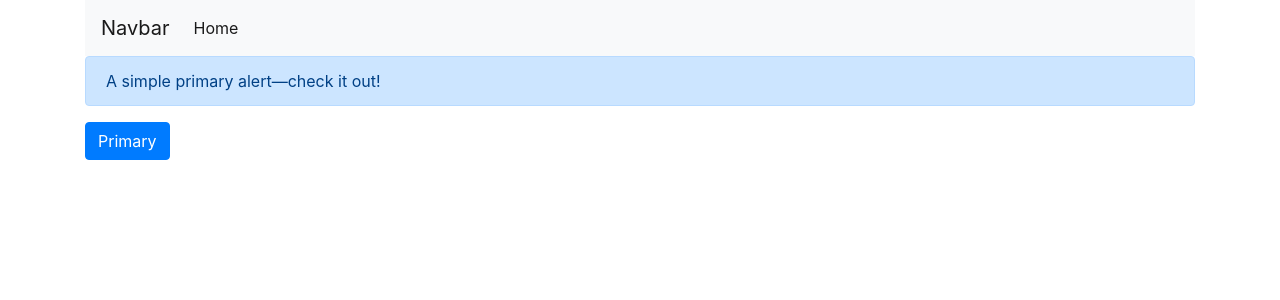
Repository: woodyalan/bootstrap-4
Page: componentes.html
An editor plug-in stored every save of this project. The page is shown before and after the next save, followed by the edit.
The browser window is 1280 px wide. The pictures show the whole page.

Above is the page before, as saved 2020-09-08 22:48:37.

After the next save:
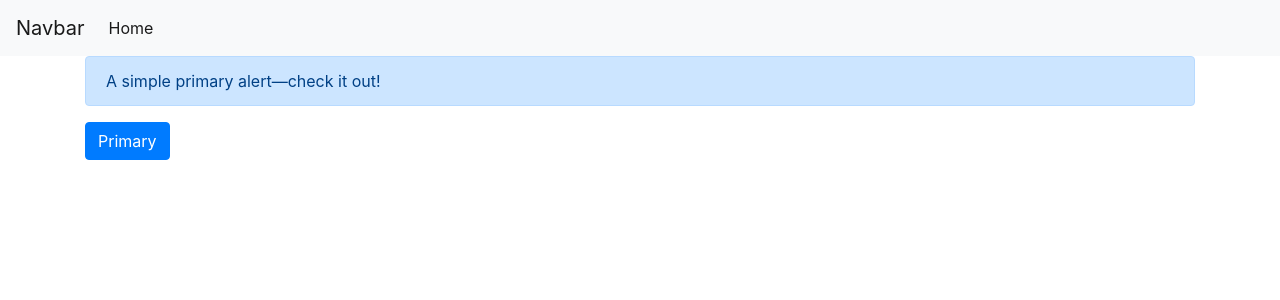
Saved 14 s later.
--- a/componentes.html
+++ b/componentes.html
@@ -10,29 +10,29 @@
     <title>OlA Bootstrap!</title>
   </head>
   <body>
+    <nav class="navbar navbar-expand-lg navbar-light bg-light">
+      <a class="navbar-brand" href="#">Navbar</a>
+
+      <button
+        class="navbar-toggler"
+        type="button"
+        data-toggle="collapse"
+        data-target="#navbarNav"
+        aria-controls="navbarNav"
+        aria-expanded="false"
+        aria-label="Toggle navigation"
+      >
+        <span class="navbar-toggler-icon"></span>
+      </button>
+      <div class="collapse navbar-collapse" id="navbarNav">
+        <ul class="navbar-nav">
+          <li class="nav-item active">
+            <a class="nav-link" href="#">Home <span class="sr-only">(current)</span></a>
+          </li>
+        </ul>
+      </div>
+    </nav>
     <div class="container">
-      <nav class="navbar navbar-expand-lg navbar-light bg-light">
-        <a class="navbar-brand" href="#">Navbar</a>
-
-        <button
-          class="navbar-toggler"
-          type="button"
-          data-toggle="collapse"
-          data-target="#navbarNav"
-          aria-controls="navbarNav"
-          aria-expanded="false"
-          aria-label="Toggle navigation"
-        >
-          <span class="navbar-toggler-icon"></span>
-        </button>
-        <div class="collapse navbar-collapse" id="navbarNav">
-          <ul class="navbar-nav">
-            <li class="nav-item active">
-              <a class="nav-link" href="#">Home <span class="sr-only">(current)</span></a>
-            </li>
-          </ul>
-        </div>
-      </nav>
       <div class="alert alert-primary" role="alert">A simple primary alert—check it out!</div>
 
       <button type="button" class="btn btn-primary">Primary</button>
